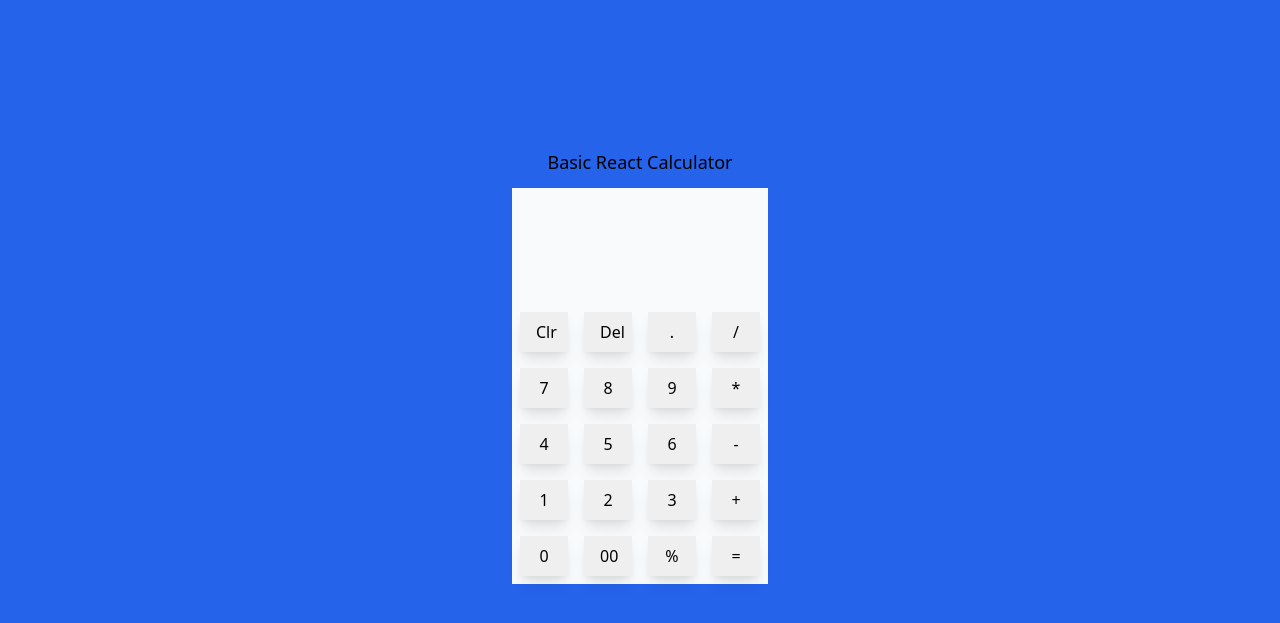
Repository: latenightsnacc/React-Calculator
Page: / (app in docs/react-calculator/)
These files come from the project's save history. The page is drawn as it stood at one moment and after the next save; the edit follows.
The browser window is 1280 px wide. The pictures show the whole page.
The project was rebuilt for these pictures with package versions that can differ from the ones it lists, and the page was loaded fresh each time. Also part of the build but not shown: docs/react-calculator/craco.config.js.

Above is the page before, as saved 2021-11-11 15:59:51.

### docs/react-calculator/src/App.js
import Calculator from './components/Calculator';

function App() {
  return (
    <div className="overflow-hidden">
      <Calculator />
    </div>
  );
}

export default App;

### docs/react-calculator/src/components/Calculator.js
import React, { Component } from 'react'
import CalculatorTitle from './CalculatorTitle'
import CalculatorScreen from './CalculatorScreen'
import Button from './Button'

class Calculator extends Component {
    render() {
        return (
            <div className="bg-blue-600 w-full h-screen flex flex-col justify-center items-center">
                <CalculatorTitle value="Basic React Calculator" />
                <div className="bg-gray-50">
                    <CalculatorScreen />
                    <div className="button-row">
                        <Button label={'Clr'} />
                        <Button label={'Del'} />
                        <Button label={'.'}/>
                        <Button label={'/'}/>
                    </div>
                    <div className="button-row">
                        <Button label={'7'}/>
                        <Button label={'8'}/>
                        <Button label={'9'}/>
                        <Button label={'*'}/>
                    </div>
                    <div className="button-row">
                        <Button label={'4'}/>
                        <Button label={'5'}/>
                        <Button label={'6'}/>
                        <Button label={'-'}/>
                    </div>
                    <div className="button-row">
                        <Button label={'1'}/>
                        <Button label={'2'}/>
                        <Button label={'3'}/>
                        <Button label={'+'}/>
                    </div>
                    <div className="button-row">
                        <Button label={'0'}/>
                        <Button label={'00'}/>
                        <Button label={'%'}/>
                        <Button label={'='}/>
                    </div>

                </div>
            </div>
        )
    }
}

export default Calculator

### docs/react-calculator/src/components/CalculatorTitle.js
import React from 'react'

function CalculatorTitle(props) {
    return (
        <div className='my-3 text-lg'>
            {props.value}
        </div>
    )
}

export default CalculatorTitle

### docs/react-calculator/src/components/CalculatorScreen.js
import React from 'react'
import CalculatorOutputRow from './CalculatorOutputRow'

const CalculatorScreen = () => {
    return (
        <div className="bg-gray-50 mb-1 rounded flex flex-col items-center justify-center w-full h-28">
            <CalculatorOutputRow/>
            <CalculatorOutputRow/>
        </div>
    )
}

export default CalculatorScreen;

### docs/react-calculator/src/components/Button.js
import React from 'react'

const Button = (props) => {
    return(
        <input className="shadow-lg w-12 m-2 py-2 px-4 hover:bg-blue-600  hover:text-gray-50 hover:shadow-2xl"
            type="button"
            value={props.label}
        />
    )
}

export default Button;

### docs/react-calculator/src/components/CalculatorOutputRow.js
import React from 'react';

const CalculatorOutputRow = () => {
    return(
        <div className="">
            <input className="bg-transparent p-2 my-1 w-full" type="text" readOnly />
        </div>
    )
}

export default CalculatorOutputRow

Loaded but not shown: docs/react-calculator/public/index.html (common file); docs/react-calculator/src/index.js (common file); docs/react-calculator/src/index.css (common file); docs/react-calculator/src/reportWebVitals.js (common file); docs/react-calculator/tailwind.config.js (common file)

After the next save:
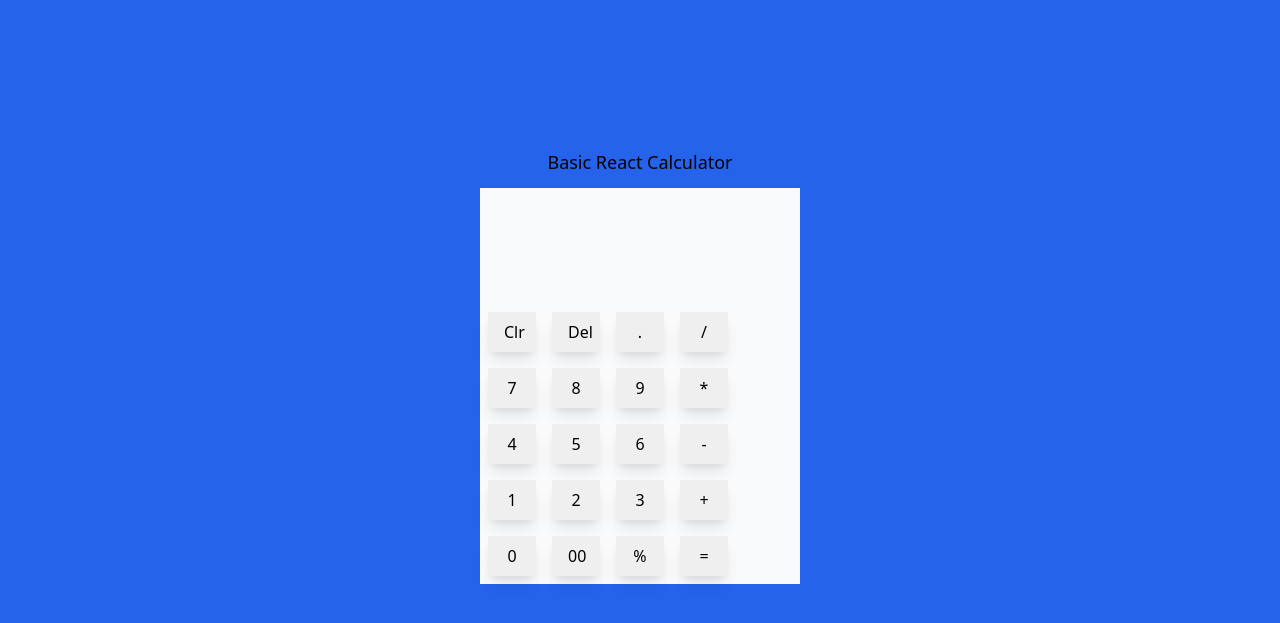
Saved 24 s later.
--- a/docs/react-calculator/src/components/Calculator.js
+++ b/docs/react-calculator/src/components/Calculator.js
@@ -8,7 +8,7 @@ class Calculator extends Component {
         return (
             <div className="bg-blue-600 w-full h-screen flex flex-col justify-center items-center">
                 <CalculatorTitle value="Basic React Calculator" />
-                <div className="bg-gray-50">
+                <div className="w-full md:w-80 bg-gray-50">
                     <CalculatorScreen />
                     <div className="button-row">
                         <Button label={'Clr'} />
